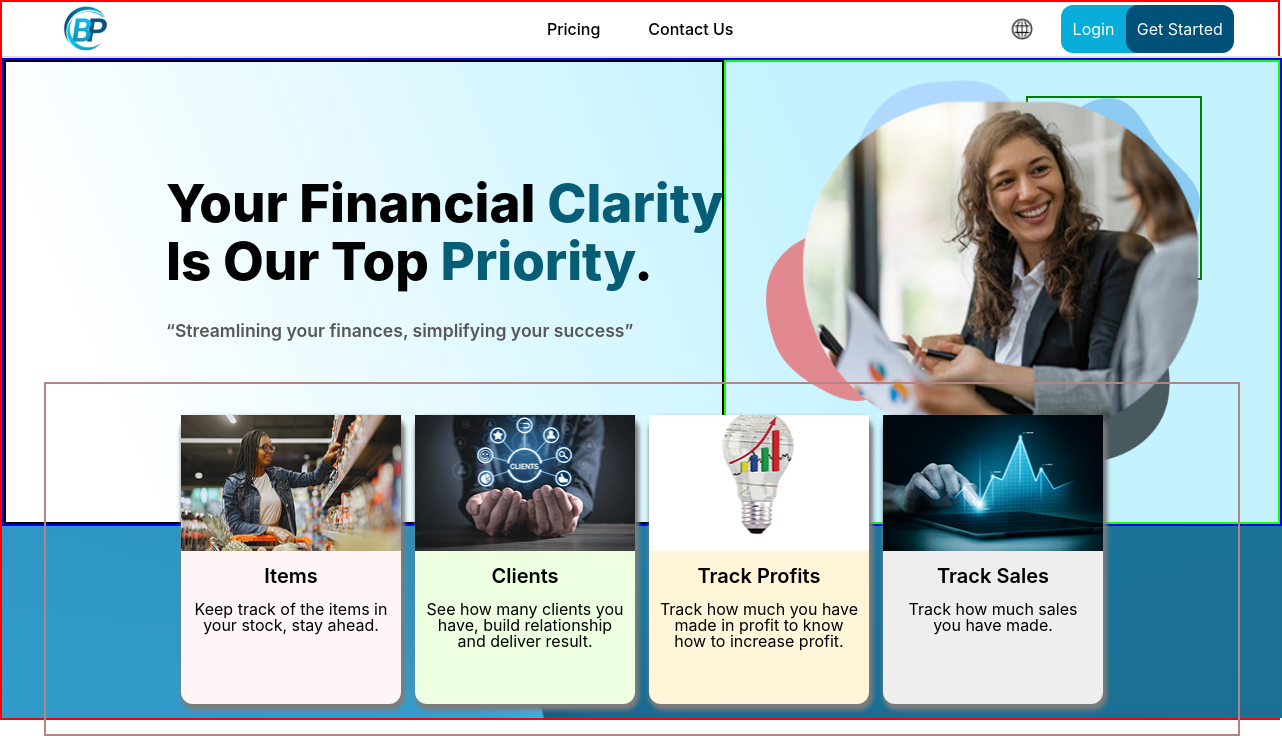
Repository: dark-txch/Bizpadi
Page: /
The author's editor kept a copy of each file at every save. The page is drawn from the files as they stood at one save, then again after a run of saves.
The browser window is 1280 px wide. The page is 1282 px wide, so the pictures cover 1282 px, including what lies to the right of the window. The pictures show the whole page.
The project was rebuilt for these pictures with package versions that can differ from the ones it lists, and the page was loaded fresh each time. Also part of the build but not shown: vite.config.js, src/components/ErrorBoundary.jsx, src/components/LandingPage/PricingPage/Pricing.jsx, src/components/LandingPage/LogInPage/LogIn.jsx.

Above is the page before, as saved 2025-04-07 09:50:18.

### index.html
<!DOCTYPE html>
<html lang="en">
	<head>
		<meta charset="UTF-8" />
		<link rel="icon" type="image/svg+xml" href="/public/logo.svg" />
		<meta name="viewport" content="width=device-width, initial-scale=1.0" />
		<title>Bizpadi</title>
	</head>
	<body>
		<div id="root"></div>
		<script type="module" src="/src/main.jsx"></script>
	</body>
</html>

### src/index.css
:root {
	font-family: system-ui, Avenir, Helvetica, Arial, sans-serif;
	line-height: 1.5;
	font-weight: 400;

	color-scheme: light dark;
	color: black;
	background-color: white;

	font-synthesis: none;
	text-rendering: optimizeLegibility;
	-webkit-font-smoothing: antialiased;
	-moz-osx-font-smoothing: grayscale;
}

* {
	box-sizing: border-box;
	padding: 0;
	margin: 0;
	outline: none;
	border: none;
}

body {
	height: 100vh;
	width: 100vw;

	font-family: "inter", sans-serif;
}

a {
	text-decoration: none;
}

### src/App.jsx
import "./App.css";
import { BrowserRouter as Router, Routes, Route } from "react-router-dom";
import ErrorBoundary from "./components/ErrorBoundary";
// Upper imports are very important
import Nav from "./components/LandingPage/Nav";
import PricingPage from "./components/LandingPage/PricingPage/Pricing";
import LogInPage from "./components/LandingPage/LogInPage/LogIn";
import MidSection from "./components/LandingPage/MidSection";
import Footer from "./components/LandingPage/Footer";

function LandingPage() {
	return (
		<>
			<div className="landingPageContainer">
				<Nav />
				<MidSection />
				<Footer />
			</div>
		</>
	);
}

function App() {
	return (
		<Router>
			<Routes>
				<Route path="/" element={<LandingPage />} />
				<Route path="/pricing" element={<PricingPage />} />
				<Route path="/login" element={<LogInPage />} />
			</Routes>
		</Router>
	);
}

export default App;

### src/App.css
/*  LANDING PAGE/Main container */

@font-face {
	font-family: "MyCustomFont";
	src: url("/fonts/Inter/Inter-Italic-VariableFont_opsz,wght.ttf")
			format("truetype"),
		url("/fonts/Inter/Inter-VariableFont_opsz,wght.ttf") format("truetype");
	font-weight: normal;
	font-style: normal;
}
/* ------------------------------------------------------------------------------- */
/* THIS IS THE LANDING PAGE CONTAINER */
.landingPageContainer {
	width: 100vw;
	height: 100vh;
	font-family: "Inter", sans-serif;
	display: grid;
	/* grid-template-rows: 3.5rem 2fr 1fr; */
	grid-template-rows: 3.5rem 1fr 12rem;

	border: 2px solid red;
}

/* ------------------------------------------------------------------------------------ */
/*  THIS IS THE NAV CONTAINER */
.homepage-nav {
	width: 100%;
	display: flex;
	padding: 0 3rem 0;
	font-size: 1rem;
	align-items: center;
	justify-content: space-between;
	border-bottom: 2px solid #e1dfdf;
}
/*  THIS IS THE NAV CONTAINER CHILDREN */
.homepage-nav .logo {
	/* THIS IS THE LOGO CONTAINER */
	display: flex;
	flex: 1;
	align-self: center;
	height: inherit;
}
.homepage-nav .logo img {
	/* THIS IS THE LOGO IMG */
	height: 100%;
	width: auto;
}

.homepage-nav .pricingContact {
	/* THIS IS THE PRICING AND CONTACT US CONTAINER */
	display: flex;
	flex: 3;
	justify-content: center;
	gap: 3rem;
	font-weight: 500;
	line-height: 100%;
	letter-spacing: 0%;
}
.homepage-nav .pricingContact a {
	color: black;
	cursor: pointer;
}

.homepage-nav .loginGetStarted {
	/*THIS IS THE LOGIN AND GET STARTED CONTAINER*/
	height: 3rem;
	display: flex;
	flex: 1;
	justify-content: end;
	align-items: center;
	gap: 0.7rem;
	color: white;
	border-radius: 12px;
}
.homepage-nav .loginGetStarted img {
	/* THIS IS THE LOGIN AND GET STARTED IMAGE */
	height: 1.5rem;
	transform: translate(1rem, 0);
}
.homepage-nav .loginGetStarted a:nth-of-type(1) {
	/* THIS IS THE LOGIN BUTTON */
	background-color: #09adda;
	color: inherit;
	height: inherit;
	border-radius: inherit;
	display: flex;
	align-items: center;
	padding: 0 2rem 0 0.7rem;
	transform: translate(2rem, 0);
}

.homepage-nav .loginGetStarted a:nth-of-type(2) {
	/* THIS IS THE GET STARTED BUTTON*/
	background-color: #00517a;
	display: flex;
	align-items: center;
	white-space: nowrap;
	color: inherit;
	height: inherit;
	border-radius: inherit;
	padding: 0 0.7rem;
	position: relative;
	z-index: 2;
}

/* MIDSECTION -------------------------------------------------------------------------------*/
/* THIS IS THE MIDSECTION THAT HOUSES THE HEADER AND PARAGRAPH */
.midSection {
	display: flex;
	justify-content: center;
	/* align-items: center; */
	width: 100%;
	background: linear-gradient(246.72deg, #c4f3ff 34.96%, #ffffff 90.24%);

	border: 2px solid rgb(0, 0, 255);
}
.landingPageMotto {
	/* THIS IS THE CONTAINER FOR THE HEADER AND PARAGRAPH */
	padding: 3rem;
	/* max-width: 40rem; */
	max-width: 45rem;
	width: 100%;
	flex: 0 0 auto;
	white-space: nowrap;
	/* transform: translate(8rem, 0); */

	border: 2px solid black;
}
.landingPageMotto > h1 {
	font-weight: 800;
	font-size: 3.3rem;
	line-height: 110%;
	text-transform: capitalize;
	margin: 4rem 7rem 2rem;
}
.landingPageMotto > h1 span {
	color: #065d76;
}
.landingPageMotto > p {
	font-weight: 600;
	font-size: 1.1rem;
	line-height: 100%;
	letter-spacing: 0%;
	margin-left: 7rem;
	color: #575757;
}

.landingPageImages {
	/* THIS IS THE LANDING PAGE IMAGES CONTAINER*/
	flex: 1; /* grow to take remaining space */
	height: 100%;
	display: flex;
	justify-content: center;
	align-items: center;
	/* padding: 3rem; */
	overflow: hidden;
	position: relative; /* so children can be absolutely positioned */

	border: 2px solid rgb(17, 255, 0);
}

.landingPageImages > img {
	/* border: 2px solid green; */
	position: absolute;
	margin-top: -3rem;
}

.landingPageImages > img:nth-of-type(1) {
	/* MAIN SMILEY IMAGE */
	border-radius: 150px;
	width: 25rem;
	z-index: 100;
	/* border: 2px solid green; */
}

.landingPageImages > img:nth-of-type(2) {
	/* THIS IS THE BLACK VECTOR */
	width: 175.07px;
	height: 184.4px;
	transform: translate(5rem, 6.5rem);

	/* border: 2px solid green; */
}

.landingPageImages > img:nth-of-type(3) {
	/* EGG ROUND LIGHT BLUE VECTOR */
	width: 175.07px;
	height: 184.4px;
	opacity: 0.63;
	transform: translate(-4rem, -6rem);

	/* border: 2px solid green; */
}

.landingPageImages > img:nth-of-type(4) {
	/* DARK ORANGE VECTOR*/
	height: 170px;
	width: 152px;
	transform: translate(-10rem, 3rem);

	/* border: 2px solid green; */
}

.landingPageImages > img:nth-of-type(5) {
	/* Top right blue vector */
	width: 176px;
	height: 185;

	transform: translate(7rem, -5rem);

	border: 2px solid green;
}

/* FOOTER---------------------------------------------------------------------------------------------- */
/* This is the footer section/container that houses the feature container */
.footer {
	width: 100vw;
	display: flex;
	justify-content: center;
	/* flex: 1; */
	background: conic-gradient(
		from 164.13deg at 41.58% 79.97%,
		#115e80 0deg,
		#3db3e6 3.6deg,
		#115e80 360deg
	);
}

.footer > section {
	width: 1196px;
	height: 354px;
	display: flex;
	justify-content: center;
	align-items: center;
	gap: 14px;
	position: absolute;
	/* top: 400px; */
	transform: translate(0, -9rem);
	z-index: 999;

	border: 2px solid rgb(180, 132, 132);
}

/* This is the container that houses all the features in the footer */
.featuresContainer {
	width: 220px;
	height: 289px;
	border-radius: 12px;
	text-align: center;
	letter-spacing: 0%;
	box-shadow: 2px 4px 4px 2px #7d7d7d;
}

.featuresContainer h1 {
	font-weight: 600;
	font-size: 20px;
	line-height: 100%;
	margin-bottom: 15px;
}

.featuresContainer p {
	font-weight: 400;
	font-size: 16px;
	line-height: 100%;
	padding: 0 10px 0;
}

/* This is the general image container for the featuresContainer */
.imageContainer {
	height: 136px;
	width: 100%;
	margin-bottom: 15px;
}

/* General styling for the images in the imageContainer */
.imageContainer img {
	width: 100%;
	height: 100%;
}

/* Added colors to the backgrounds of the footer featuresContainer individually */
.items {
	background-color: #fff5f6;
}
.clients {
	background-color: #eeffe1;
}
.trackProfits {
	background-color: #fff6da;
}
.trackSales {
	background-color: #eeeeee;
}

### src/components/LandingPage/Nav.jsx
import { Link } from "react-router-dom";

export default function Nav() {
	return (
		<>
			{/* THIS IS THE NAV CONTAINER */}
			<nav className="homepage-nav">
				{/* THIS IS THE LOGO CONTAINER */}
				<div className="logo">
					<img src="/assets/icons/logo.svg" alt="Bizpadi icon" />
				</div>

				{/* THIS IS THE PRICING AND CONTACT US CONTAINER */}
				<div className="pricingContact">
					<Link to="/pricing">Pricing</Link>
					<a href="#">Contact Us</a>
				</div>

				{/* THIS IS THE LOGIN AND GET STARTED CONTAINER*/}
				<div className="loginGetStarted">
					<img src="/assets/icons/world.png" alt="world" />
					<Link to="/login">Login</Link>
					<a href="#">Get Started</a>
				</div>
			</nav>
		</>
	);
}

### src/components/LandingPage/MidSection.jsx
export default function MidSection() {
	return (
		<section className="midSection">
			<div className="landingPageMotto">
				<h1>
					Your financial{" "}
					<span>
						clarity <br />
					</span>
					is our top <span>priority</span>.
				</h1>
				<p>“Streamlining your finances, simplifying your success”</p>
			</div>

			{/* This is the images section in the mid section */}
			<div className="landingPageImages">
				<img src="/assets/images/smiley.png" alt="smiley" />
				<img src="/assets/images/Vector-black.png" alt="vector-black" />
				<img src="/assets/images/Vector-blue.png" alt="vector-blue" />
				<img src="/assets/images/Vector-orange.png" alt="vector-orange" />
				<img src="/assets/images/Vector.png" alt="vector" />
			</div>
		</section>
	);
}

### src/components/LandingPage/Footer.jsx
export default function Footer() {
	return (
		<div className="footer">
			{/* The section container is the parent to the features */}
			<section>
				<div className="featuresContainer items">
					{/* The feautureOntainer class is given to all the divs housing the features */}
					<div className="imageContainer">
						<img src="/public/assets/images/client-1.png" alt="client-1" />
					</div>
					<h1>Items</h1>
					<p>Keep track of the items in your stock, stay ahead.</p>
				</div>

				<div className="featuresContainer clients">
					<div className="imageContainer">
						<img src="/public/assets/images/client-2.png" alt="client-2" />
					</div>
					<h1>Clients</h1>
					<p>
						See how many clients you have, build relationship and deliver
						result.
					</p>
				</div>

				<div className="featuresContainer trackProfits">
					<div className="imageContainer">
						<img
							src="/public/assets/images/track-profit.png"
							alt="track-profit"
						/>
					</div>
					<h1>Track Profits</h1>
					<p>
						Track how much you have made in profit to know how to increase
						profit.
					</p>
				</div>

				<div className="featuresContainer trackSales">
					<div className="imageContainer">
						<img
							src="../../../public/assets/images/track-sales.png"
							alt="track-sales"
						/>
					</div>
					<h1>Track Sales</h1>
					<p>Track how much sales you have made.</p>
				</div>
			</section>
		</div>
	);
}

Loaded but not shown: src/main.jsx (common file)

After the next 6 saves:
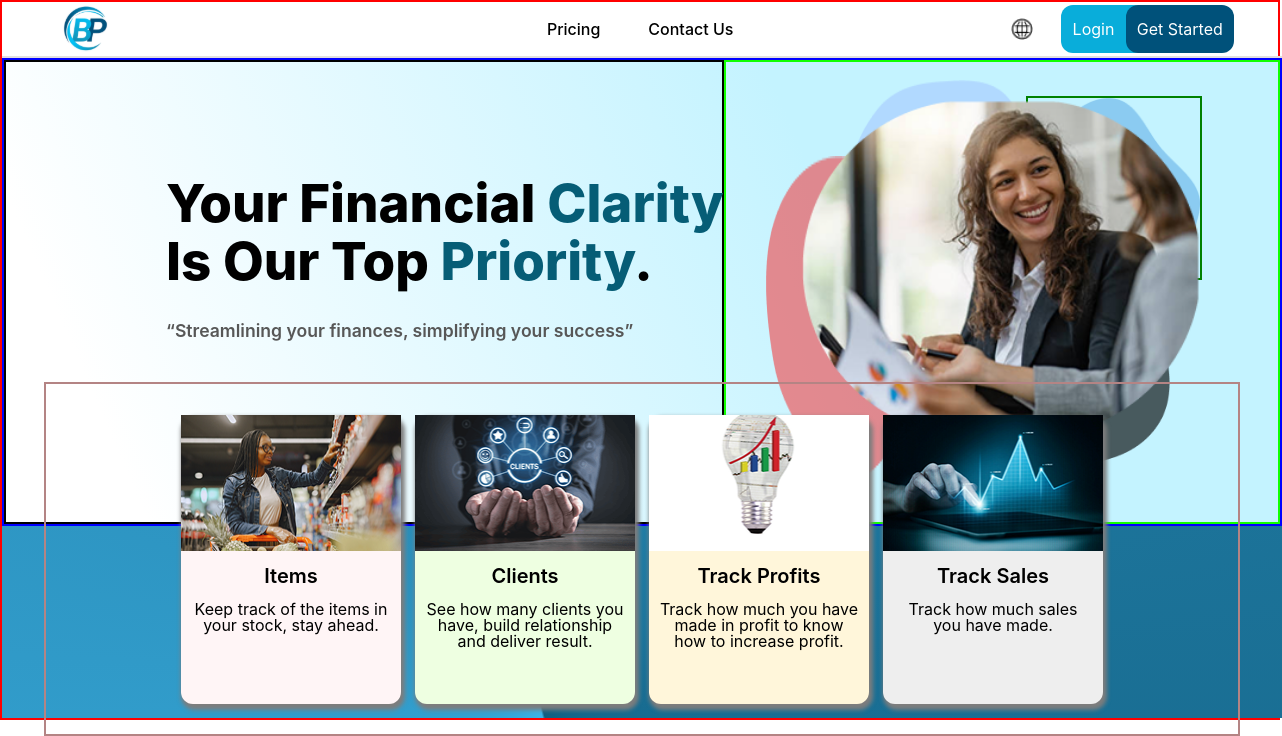
The 6 saves are shown as one change because they came seconds apart.
The last was saved 22 s later.
--- a/src/App.css
+++ b/src/App.css
@@ -194,7 +194,8 @@
 
 .landingPageImages > img:nth-of-type(4) {
 	/* DARK ORANGE VECTOR*/
-	height: 170px;
+	/* height: 153px; */
+	height: 20rem;
 	width: 152px;
 	transform: translate(-10rem, 3rem);
 
